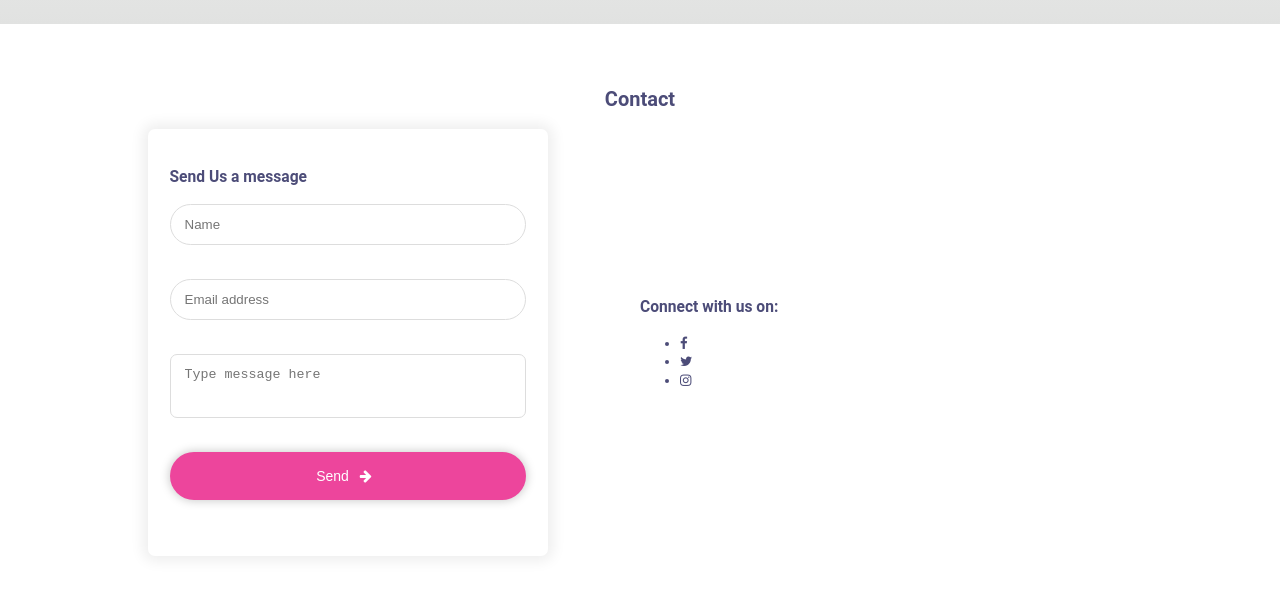
Repository: wisdomspine/emmatech-website
Page: index.html
An editor plug-in stored every save of this project. The page is shown before and after the next save, followed by the edit.
The browser window is 1280 px wide. The pictures show the part of the page from y = 1532 to 2132 px (the page is 2132 px tall).
A picture or video elsewhere on the page could not be fetched, so the positions and the page height are approximate.

Above is the page before, as saved 2020-11-02 12:42:03.

After the next save:
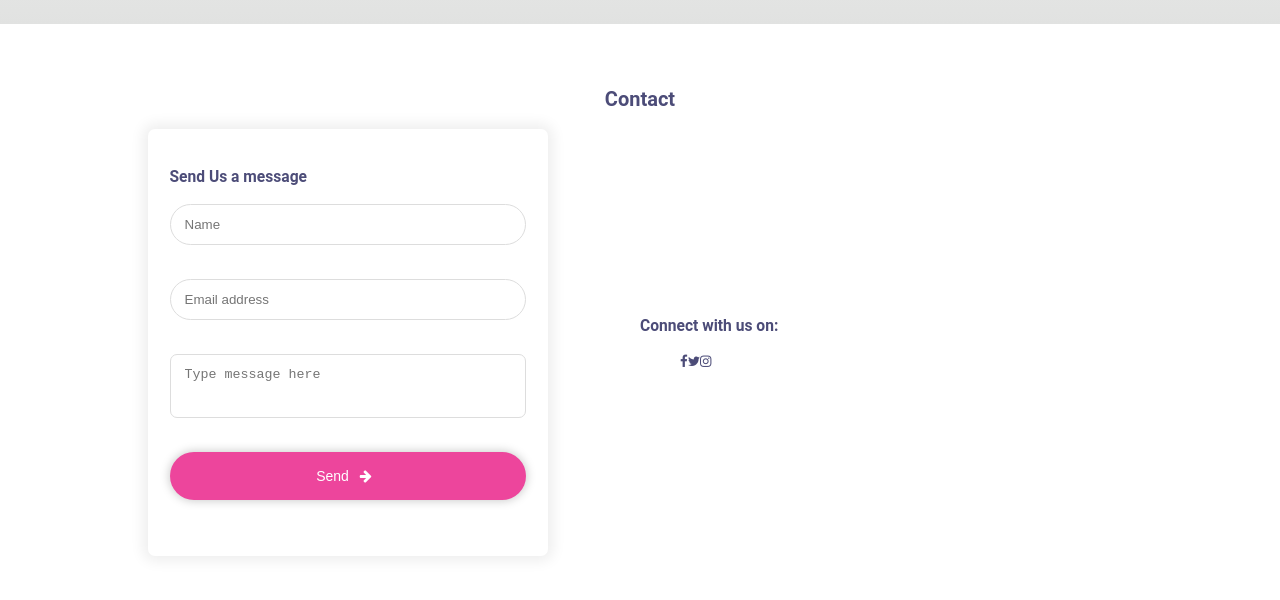
Saved 67 s later.
--- a/assets/styles/index.css
+++ b/assets/styles/index.css
@@ -171,3 +171,8 @@ textarea{
     color: white;
     padding: 7px;
 }
+
+.home-contact .home-contact-content>div:last-child ul{
+    list-style: none;
+    display: flex;
+}
